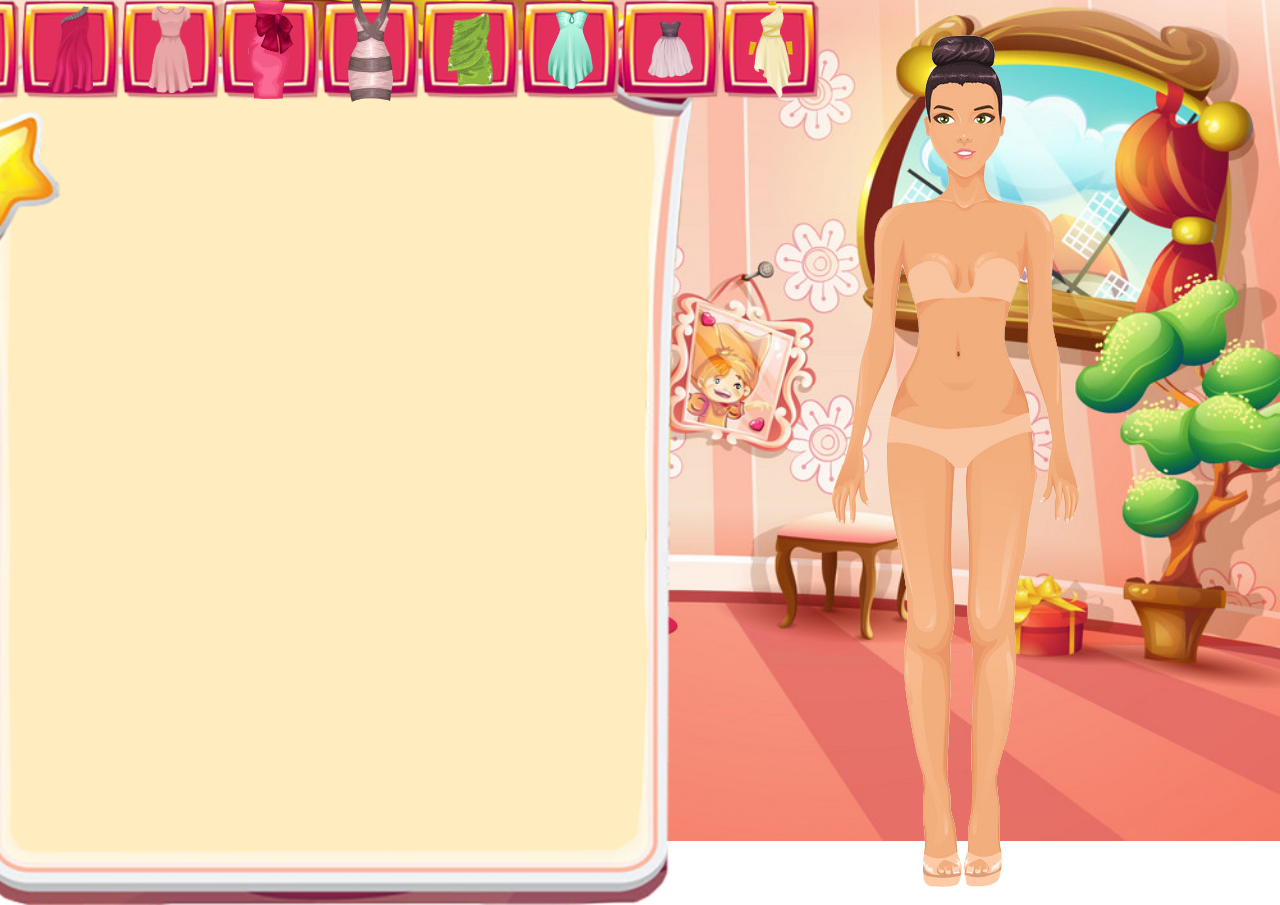
Repository: bunbubam/GameThayDoReactjs_NguyenKhacNghia
Page: /
An editor plug-in stored every save of this project. The page is shown before and after the next save, followed by the edit.
The browser window is 1280 px wide. The pictures show the whole page.
The project was rebuilt for these pictures with package versions that can differ from the ones it lists, and the page was loaded fresh each time.

Above is the page before, as saved 2022-03-30 16:05:43.

### public/index.html
<!doctype html>
<html lang="en">
  <head>
    <title>GameThaydo</title>
    <!-- Required meta tags -->
    <meta charset="utf-8">
    <meta name="viewport" content="width=device-width, initial-scale=1, shrink-to-fit=no">

    <!-- Bootstrap CSS -->
    <link rel="stylesheet" href="https://stackpath.bootstrapcdn.com/bootstrap/4.3.1/css/bootstrap.min.css" integrity="sha384-ggOyR0iXCbMQv3Xipma34MD+dH/1fQ784/j6cY/iJTQUOhcWr7x9JvoRxT2MZw1T" crossorigin="anonymous">
  </head>
  <body>
    <div id="root"></div>
    <!-- Optional JavaScript -->
    <!-- jQuery first, then Popper.js, then Bootstrap JS -->
    <script src="https://code.jquery.com/jquery-3.3.1.slim.min.js" integrity="sha384-q8i/X+965DzO0rT7abK41JStQIAqVgRVzpbzo5smXKp4YfRvH+8abtTE1Pi6jizo" crossorigin="anonymous"></script>
    <script src="https://cdnjs.cloudflare.com/ajax/libs/popper.js/1.14.7/umd/popper.min.js" integrity="sha384-UO2eT0CpHqdSJQ6hJty5KVphtPhzWj9WO1clHTMGa3JDZwrnQq4sF86dIHNDz0W1" crossorigin="anonymous"></script>
    <script src="https://stackpath.bootstrapcdn.com/bootstrap/4.3.1/js/bootstrap.min.js" integrity="sha384-JjSmVgyd0p3pXB1rRibZUAYoIIy6OrQ6VrjIEaFf/nJGzIxFDsf4x0xIM+B07jRM" crossorigin="anonymous"></script>
  </body>
</html>

### src/App.js
import logo from './logo.svg';
import './App.css';
import Dress from './gamethaydo/dress';

function App() {
  return (
    <Dress></Dress>
  );
}

export default App;

### src/App.css
body {
    background: url(gamethaydo/images/dress-room.jpg) no-repeat;
    background-position: 50% 53%;
    background-size: cover;
}
.dress-main .row {height: 100vh;}
.girl img {
    position: absolute;
    bottom: 2%;
    left: 30%;
}
.clothing-box {
    background: url(gamethaydo/images/box.png) no-repeat;
    background-position: 50% 50%;
    background-size: cover;
    width: 800px;
    height: 905px;
}
.clothing-item {
    background: url(gamethaydo/images/menu.png) no-repeat;
    width: 100px;
    height: 99px;
}
.clothing-item img {width: 45%;}

### src/gamethaydo/dress.js
import React, {Component} from 'react';
import Girl from './images/girl.png';
import Clothing1 from './images/trangphuc1.png';
import Clothing2 from './images/trangphuc2.png';
import Clothing3 from './images/trangphuc3.png';
import Clothing4 from './images/trangphuc4.png';
import Clothing5 from './images/trangphuc5.png';
import Clothing6 from './images/trangphuc6.png';
import Clothing7 from './images/trangphuc7.png';
import Clothing8 from './images/trangphuc8.png';
import Clothing9 from './images/trangphuc9.png';
import Clothing10 from './images/trangphuc10.png';

class Dress extends Component {
    state = {
        girl : Girl,
        clothing : Girl

    }
changeClothing = (imgs) => {
        return(
            this.setState({
                clothing : imgs
            })
        )
    }
    render() {
        return(
            <div className='container-fluid'>
                <div className='dress-main'>
                    <div className='row'>
                        <div className='col-12 col-xl-6 block-left d-flex flex-direction-row justify-content-center'>
                            <div className='clothing-box d-flex flex-direction-column justify-content-center'>
                                <div className='clothing-flex d-flex flex-direction-row justify-content-around lign-items-baseline mb-5'>
                                    <div className='clothing-item d-flex flex-direction-row justify-content-center align-items-center'>
                                        <img onClick={()=>this.changeClothing(Clothing1)} src={require('./images/trangphuc1.png')} className='img-fluid'/>
                                    </div>
                                    <div className='clothing-item d-flex flex-direction-row justify-content-center align-items-center'>
                                        <img onClick={()=>this.changeClothing(Clothing2)} src={require('./images/trangphuc2.png')} className='img-fluid'/>
                                    </div>
                                    <div className='clothing-item d-flex flex-direction-row justify-content-center align-items-center'>
                                        <img onClick={()=>this.changeClothing(Clothing3)} src={require('./images/trangphuc3.png')} className='img-fluid'/>
                                    </div>
                                </div>
                                <div className='clothing-flex d-flex flex-direction-row justify-content-around lign-items-baseline mb-5'>
                                    <div className='clothing-item d-flex flex-direction-row justify-content-center align-items-center'>
                                        <img onClick={()=>this.changeClothing(Clothing4)} src={require('./images/trangphuc4.png')} className='img-fluid'/>
                                    </div>
                                    <div className='clothing-item d-flex flex-direction-row justify-content-center align-items-center'>
                                        <img onClick={()=>this.changeClothing(Clothing5)} src={require('./images/trangphuc5.png')} className='img-fluid'/>
                                    </div>
                                    <div className='clothing-item d-flex flex-direction-row justify-content-center align-items-center'>
                                        <img onClick={()=>this.changeClothing(Clothing6)} src={require('./images/trangphuc6.png')} className='img-fluid'/>
                                    </div>
                                </div>
                                <div className='clothing-flex d-flex flex-direction-row justify-content-around lign-items-baseline mb-5'>
                                    <div className='clothing-item d-flex flex-direction-row justify-content-center align-items-center'>
                                        <img onClick={()=>this.changeClothing(Clothing7)} src={require('./images/trangphuc7.png')} className='img-fluid'/>
                                    </div>
                                    <div className='clothing-item d-flex flex-direction-row justify-content-center align-items-center'>
                                        <img onClick={()=>this.changeClothing(Clothing8)} src={require('./images/trangphuc8.png')} className='img-fluid'/>
                                    </div>
                                    <div className='clothing-item d-flex flex-direction-row justify-content-center align-items-center'>
                                        <img onClick={()=>this.changeClothing(Clothing9)} src={require('./images/trangphuc9.png')} className='img-fluid'/>
                                    </div>
                                </div>
                                <div className='clothing-flex d-flex flex-direction-row justify-content-around lign-items-baseline'>
                                    <div className='clothing-item d-flex flex-direction-row justify-content-center align-items-center'>
                                        <img onClick={()=>this.changeClothing(Clothing10)} src={require('./images/trangphuc10.png')} className='img-fluid'/>
                                    </div>
                                </div>
                            </div>
                        </div>
                        <div className='col-12 col-xl-6 block-right position-relative d-flex flex-direction-row justify-content-center'>
                            <div className='girl'>
                                <img src={this.state.girl} className='img-fluid'/>
                                <img src={this.state.clothing} className='img-fluid'/>
                            </div>
                        </div>
                    </div>
                </div>
            </div>
        )
    };
}
export default Dress;

Loaded but not shown: src/index.js (common file); src/index.css (common file); src/reportWebVitals.js (common file)

After the next save:
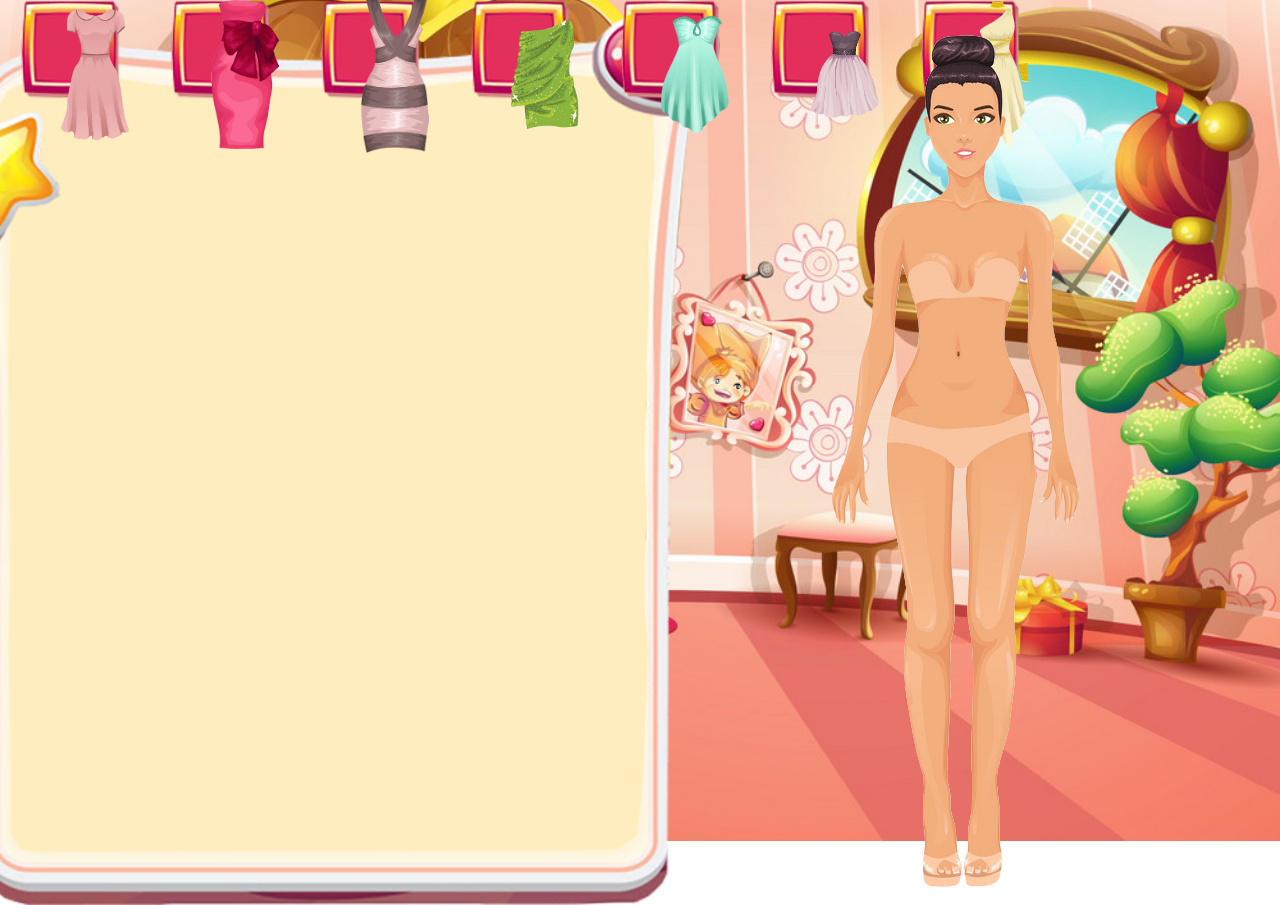
Saved 42 s later.
--- a/src/App.css
+++ b/src/App.css
@@ -18,7 +18,7 @@ body {
 }
 .clothing-item {
     background: url(gamethaydo/images/menu.png) no-repeat;
-    width: 100px;
-    height: 99px;
+    width: 150px;
+    height: 149px;
 }
 .clothing-item img {width: 45%;}
